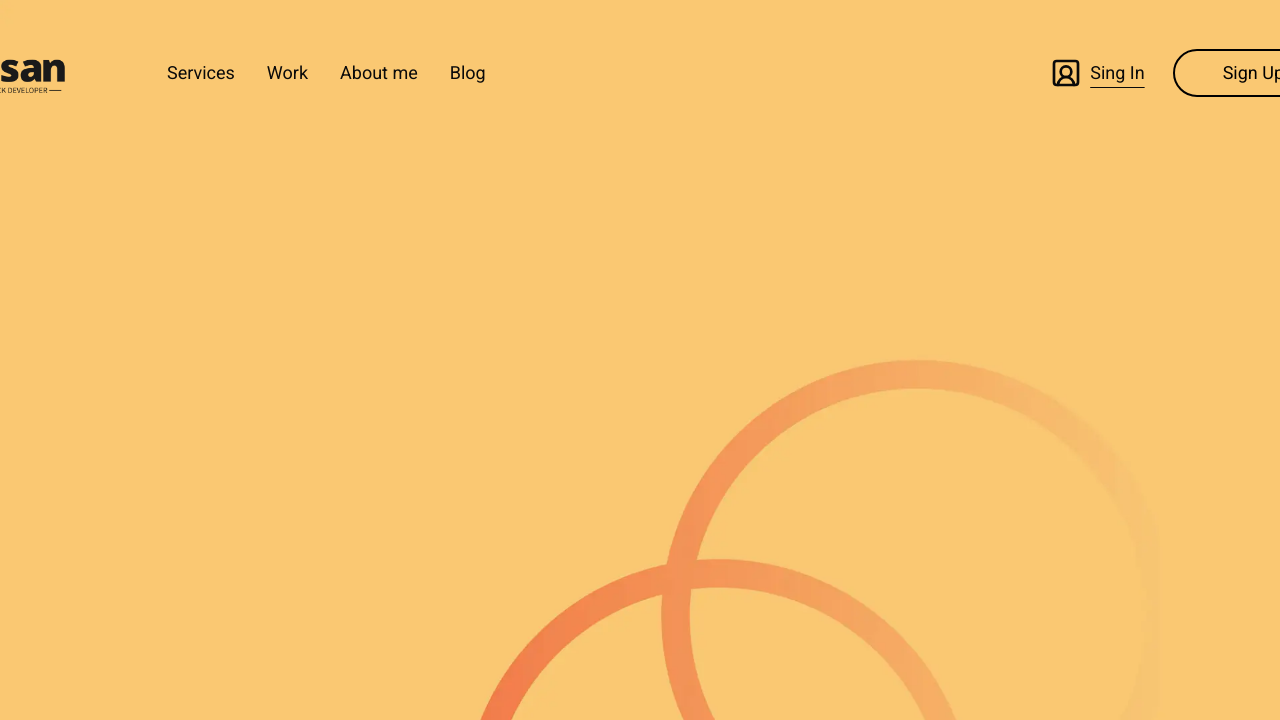
Repository: FrontendProjectsNL/mijn-portfolio-project
Page: /
The author's editor kept a copy of each file at every save. The page is drawn from the files as they stood at one save, then again after the next save.
The browser window is 1280 px wide. The pictures show the whole page.
The project was rebuilt for these pictures with package versions that can differ from the ones it lists, and the page was loaded fresh each time. The framework's server and built-in components were replaced by stand-ins that run in the browser. Also part of the build but not shown: next.config.mjs.

Above is the page before, as saved 2024-10-27 12:46:38.

After the next save:
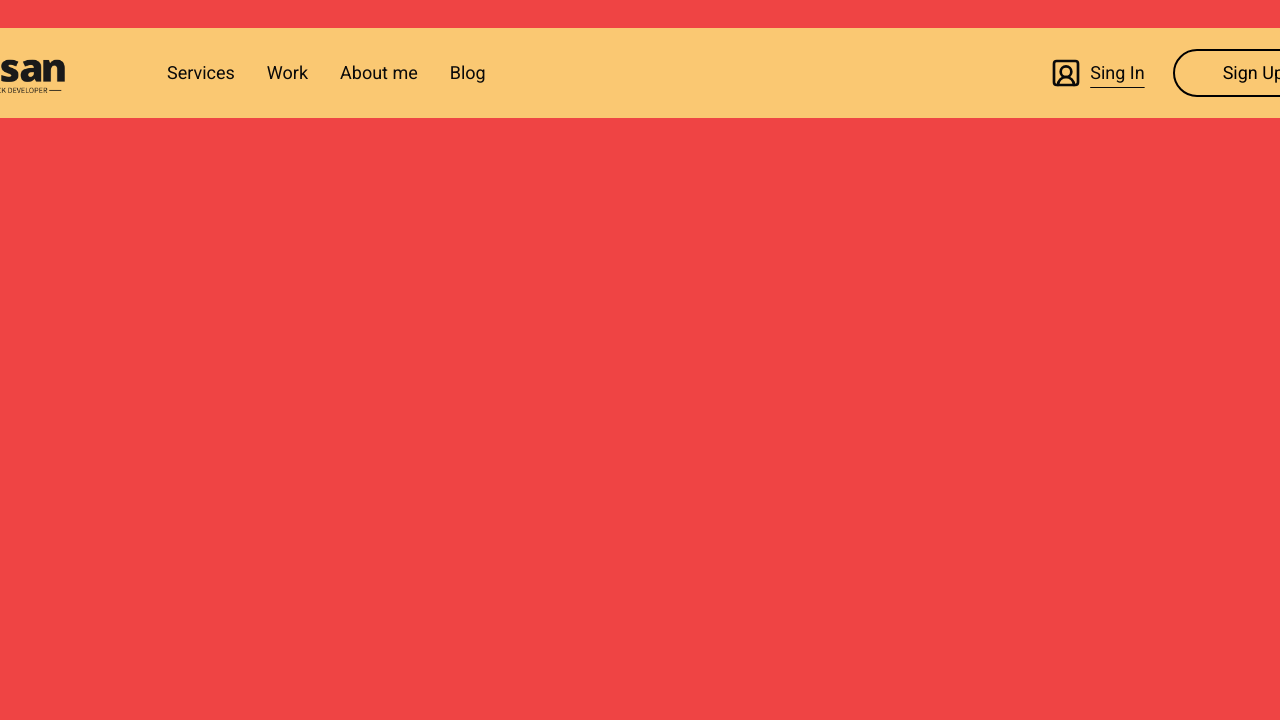
Saved 101 s later.
--- a/app/components/Hero.tsx
+++ b/app/components/Hero.tsx
@@ -2,7 +2,10 @@
 
 const Hero: React.FC<HeroProps> = () => {
   return (
-    <div className="w-full h-screen bg-[url('/public/my_hero_bg.webp')] bg-cover bg-center"></div>
+    // <div className="w-full h-screen bg-[url('/public/my_hero_bg.webp')] bg-cover bg-center">
+
+    // </div>
+    <div className="w-full h-screen bg-red-500"></div>
   );
 };
 

After the 3 saves that followed:
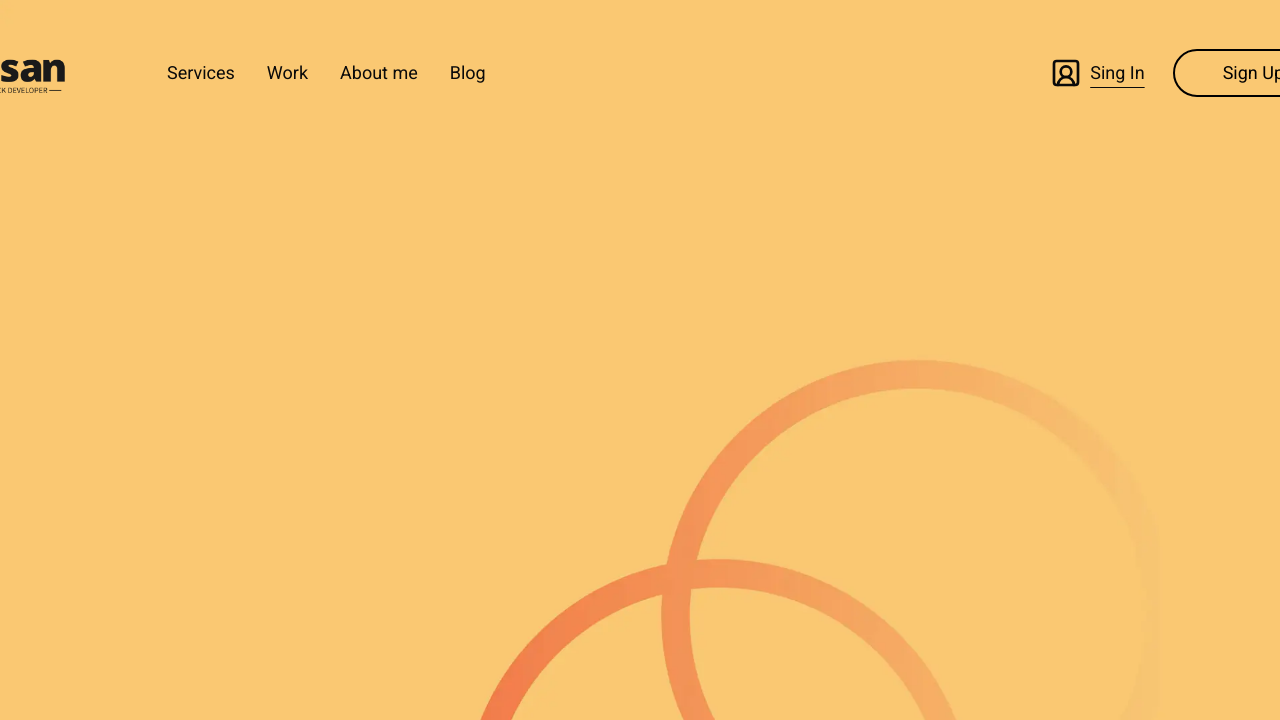
The 3 saves are shown as one change because 2 did not build or start.
The last was saved 48 s later.
--- a/app/components/Hero.tsx
+++ b/app/components/Hero.tsx
@@ -5,7 +5,7 @@
     // <div className="w-full h-screen bg-[url('/public/my_hero_bg.webp')] bg-cover bg-center">
 
     // </div>
-    <div className="w-full h-screen bg-red-500"></div>
+    <div className="w-full h-screen bg-[url('/public/my_hero_bg.webp')] bg-cover bg-center"></div>
   );
 };
 
